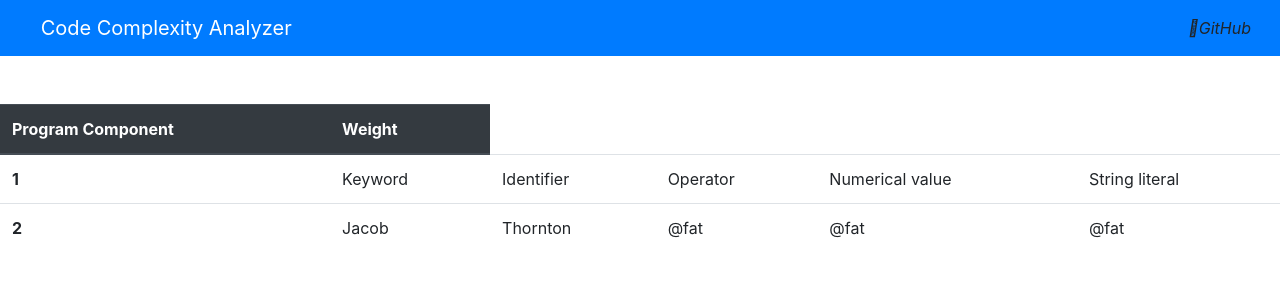
Repository: DinuwanB/Code-Complexity-Analyzer
Page: http://localhost/ITPM/Weight.jsp
These files come from the project's save history. The page is drawn as it stood at one moment and after the next save; the edit follows.
The browser window is 1280 px wide. The pictures show the whole page.
The page is served by Tomcat 9. Other server files are loaded and not shown.

Above is the page before, as saved 2020-05-20 19:26:41.

### ITPM/src/main/webapp/Weight.jsp
<%@ page language="java" contentType="text/html; charset=ISO-8859-1"
    pageEncoding="ISO-8859-1"%>
<!DOCTYPE html>
<html>
<head>
<meta charset="ISO-8859-1">
<title>Weight</title>
<link rel="stylesheet"
	href="https://stackpath.bootstrapcdn.com/bootstrap/4.4.1/css/bootstrap.min.css"
	integrity="sha384-Vkoo8x4CGsO3+Hhxv8T/Q5PaXtkKtu6ug5TOeNV6gBiFeWPGFN9MuhOf23Q9Ifjh"
	crossorigin="anonymous">
<link
	href="https://stackpath.bootstrapcdn.com/font-awesome/4.7.0/css/font-awesome.min.css"
	rel="stylesheet"
	integrity="sha384-wvfXpqpZZVQGK6TAh5PVlGOfQNHSoD2xbE+QkPxCAFlNEevoEH3Sl0sibVcOQVnN"
	crossorigin="anonymous">
</head>
<body>
<nav class="navbar navbar-dark bg-primary">
		<div class="container">
			<a class="navbar-brand" href="#">Code Complexity Analyzer</a>
		</div>
		<button class="btn btn" type="submit" id="inputGroupFileAddon04">
			<i class="fab fa-github-square">GitHub</i>
		</button>

	</nav>
	<br>
	<br>
	<table class="table">
  <thead class="thead-dark">
    <tr>
      <th scope="col">Program Component</th>
      <th scope="col">Weight</th>
    </tr>
  </thead>
  <tbody>
    <tr>
      <th scope="row">1</th>
      <td>Keyword</td>
      <td>Identifier</td>
      <td>Operator</td>
      <td>Numerical value</td>
      <td>String literal</td>
    </tr>
    <tr>
      <th scope="row">2</th>
      <td>Jacob</td>
      <td>Thornton</td>
      <td>@fat</td>
      <td>@fat</td>
      <td>@fat</td>
    </tr>

  </tbody>
</table>
</body>
</html>

After the next save:
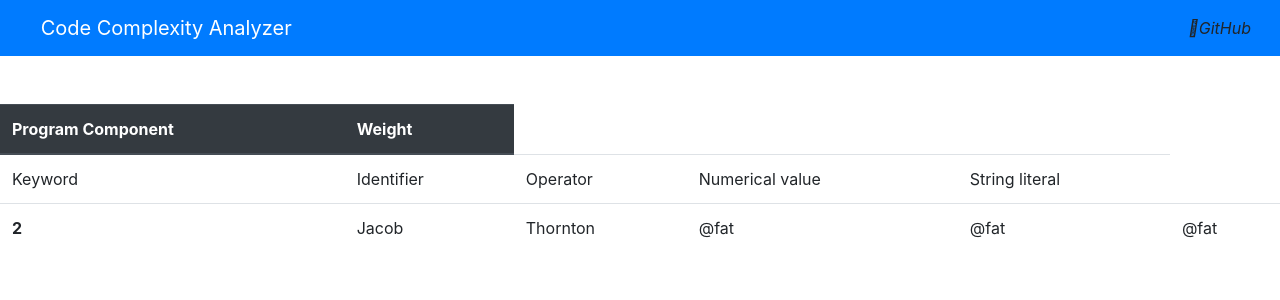
Saved 17 h 7 min later.
--- a/ITPM/src/main/webapp/Weight.jsp
+++ b/ITPM/src/main/webapp/Weight.jsp
@@ -36,7 +36,6 @@
   </thead>
   <tbody>
     <tr>
-      <th scope="row">1</th>
       <td>Keyword</td>
       <td>Identifier</td>
       <td>Operator</td>
